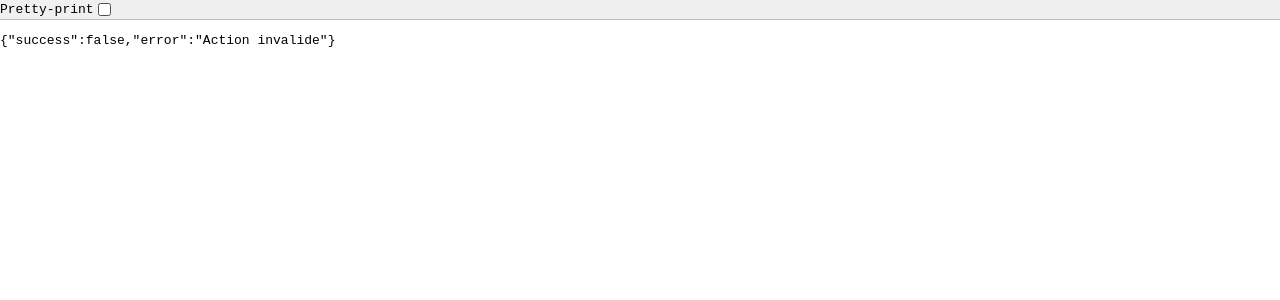
Repository: sana818/gestion
Page: http://localhost/presence.php
The author's editor kept a copy of each file at every save. The page is drawn from the files as they stood at one save, then again after a run of saves.
The browser window is 1280 px wide. The pictures show the whole page.
The page is run by PHP 8.4 with error messages shown; the project is at /var/www/html/.

Above is the page before, as saved 2026-04-05 02:18:19.

After the next 2 saves:
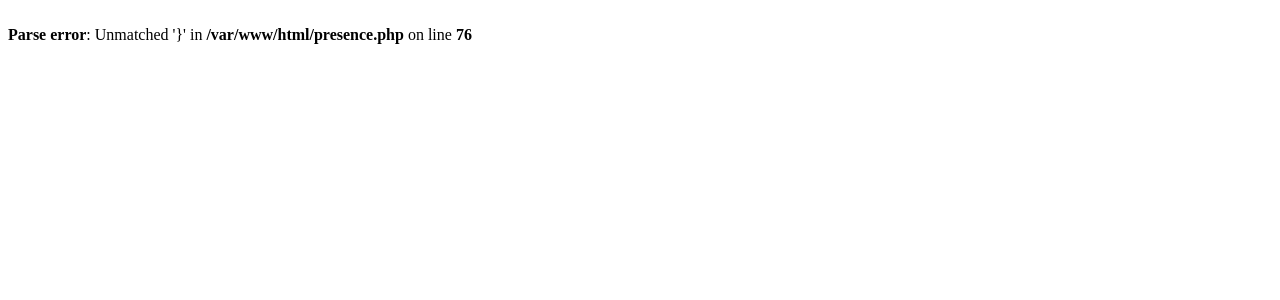
The 2 saves are shown as one change because they came seconds apart.
The last was saved 10 h 29 min later.
--- a/presence.php
+++ b/presence.php
@@ -73,4 +73,71 @@
     ob_end_clean();
     echo json_encode(['success' => false, 'error' => 'Action invalide']);
 }
+} elseif ($action === 'get_employee_presence') {
+    try {
+        $employee_id = $_GET['employee_id'] ?? null;
+        $month       = $_GET['month'] ?? date('n');
+        $year        = $_GET['year'] ?? date('Y');
+
+        if (!$employee_id) {
+            ob_end_clean();
+            echo json_encode(['success' => false, 'error' => 'employee_id manquant']);
+            exit;
+        }
+
+        $stmt = $pdo->prepare("
+            SELECT
+                p.id,
+                p.date,
+                p.heure_arrivee,
+                p.heure_depart,
+                p.statut
+            FROM presences p
+            WHERE p.employe_id = ?
+              AND MONTH(p.date) = ?
+              AND YEAR(p.date)  = ?
+            ORDER BY p.date DESC, p.heure_arrivee ASC
+        ");
+        $stmt->execute([$employee_id, $month, $year]);
+        $presences = $stmt->fetchAll();
+
+        ob_end_clean();
+        echo json_encode(['success' => true, 'presences' => $presences]);
+
+    } catch (Exception $e) {
+        ob_end_clean();
+        echo json_encode(['success' => false, 'error' => 'Erreur SQL: ' . $e->getMessage()]);
+    }
+
+} elseif ($action === 'get_presence_months') {
+    try {
+        $employee_id = $_GET['employee_id'] ?? null;
+
+        if (!$employee_id) {
+            ob_end_clean();
+            echo json_encode(['success' => false, 'error' => 'employee_id manquant']);
+            exit;
+        }
+
+        $stmt = $pdo->prepare("
+            SELECT DISTINCT DATE_FORMAT(date, '%Y-%m') AS month
+            FROM presences
+            WHERE employe_id = ?
+            ORDER BY month DESC
+        ");
+        $stmt->execute([$employee_id]);
+        $months = array_column($stmt->fetchAll(), 'month');
+
+        ob_end_clean();
+        echo json_encode(['success' => true, 'months' => $months]);
+
+    } catch (Exception $e) {
+        ob_end_clean();
+        echo json_encode(['success' => false, 'error' => 'Erreur SQL: ' . $e->getMessage()]);
+    }
+
+} else {
+    ob_end_clean();
+    echo json_encode(['success' => false, 'error' => 'Action invalide']);
+}
 ?>

After the save that followed:
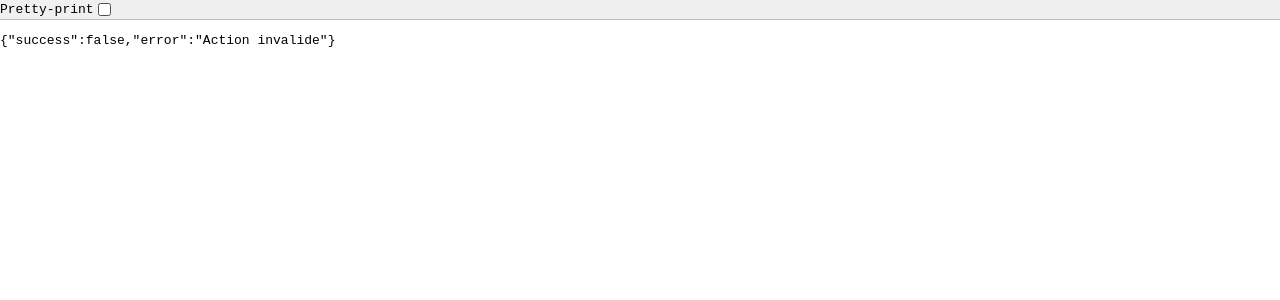
Saved 9 s later.
--- a/presence.php
+++ b/presence.php
@@ -73,71 +73,5 @@
     ob_end_clean();
     echo json_encode(['success' => false, 'error' => 'Action invalide']);
 }
-} elseif ($action === 'get_employee_presence') {
-    try {
-        $employee_id = $_GET['employee_id'] ?? null;
-        $month       = $_GET['month'] ?? date('n');
-        $year        = $_GET['year'] ?? date('Y');
 
-        if (!$employee_id) {
-            ob_end_clean();
-            echo json_encode(['success' => false, 'error' => 'employee_id manquant']);
-            exit;
-        }
-
-        $stmt = $pdo->prepare("
-            SELECT
-                p.id,
-                p.date,
-                p.heure_arrivee,
-                p.heure_depart,
-                p.statut
-            FROM presences p
-            WHERE p.employe_id = ?
-              AND MONTH(p.date) = ?
-              AND YEAR(p.date)  = ?
-            ORDER BY p.date DESC, p.heure_arrivee ASC
-        ");
-        $stmt->execute([$employee_id, $month, $year]);
-        $presences = $stmt->fetchAll();
-
-        ob_end_clean();
-        echo json_encode(['success' => true, 'presences' => $presences]);
-
-    } catch (Exception $e) {
-        ob_end_clean();
-        echo json_encode(['success' => false, 'error' => 'Erreur SQL: ' . $e->getMessage()]);
-    }
-
-} elseif ($action === 'get_presence_months') {
-    try {
-        $employee_id = $_GET['employee_id'] ?? null;
-
-        if (!$employee_id) {
-            ob_end_clean();
-            echo json_encode(['success' => false, 'error' => 'employee_id manquant']);
-            exit;
-        }
-
-        $stmt = $pdo->prepare("
-            SELECT DISTINCT DATE_FORMAT(date, '%Y-%m') AS month
-            FROM presences
-            WHERE employe_id = ?
-            ORDER BY month DESC
-        ");
-        $stmt->execute([$employee_id]);
-        $months = array_column($stmt->fetchAll(), 'month');
-
-        ob_end_clean();
-        echo json_encode(['success' => true, 'months' => $months]);
-
-    } catch (Exception $e) {
-        ob_end_clean();
-        echo json_encode(['success' => false, 'error' => 'Erreur SQL: ' . $e->getMessage()]);
-    }
-
-} else {
-    ob_end_clean();
-    echo json_encode(['success' => false, 'error' => 'Action invalide']);
-}
 ?>
